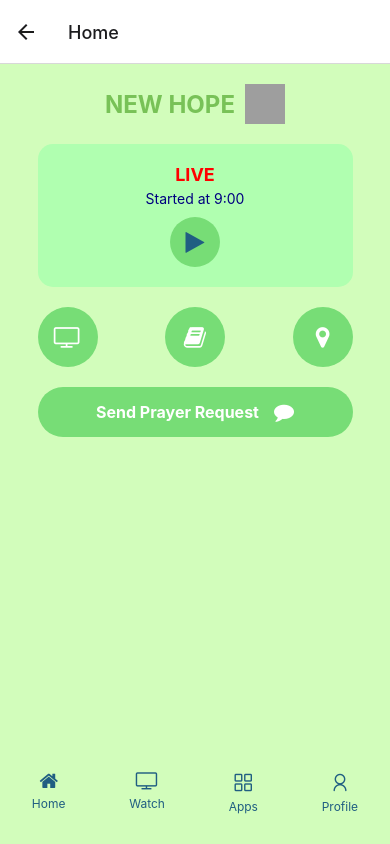
Repository: AbrahamM007/NewHopeChurchApp
Screen: /Home
These files come from the project's save history. The screen is drawn as it stood at one moment and after a run of saves; the edit follows.
Pictures or frames that could not be fetched are drawn as grey boxes. The app was drawn by React Native's web renderer in a window 390 px wide. The project was rebuilt for these pictures with package versions that can differ from the ones it lists, and the page was loaded fresh each time. Some packages were replaced by stand-ins written for this rebuild. Also part of the build but not shown: screens/SignUpScreen.js.

Above is the screen before, as saved 2024-10-21 17:11:29.

### App.js
// App.js
import 'react-native-gesture-handler';
import React from 'react';
import { NavigationContainer } from '@react-navigation/native';
import { createStackNavigator } from '@react-navigation/stack';
import LoginScreen from './screens/LoginScreen';
import SignUpScreen from './screens/SignUpScreen';
import HomeScreen from './screens/HomeScreen';

const Stack = createStackNavigator();

function App() {
  return (
    <NavigationContainer>
      <Stack.Navigator initialRouteName="Login">
        <Stack.Screen name="Login" component={LoginScreen} />
        <Stack.Screen name="SignUp" component={SignUpScreen} />
        <Stack.Screen name="Home" component={HomeScreen} />
      </Stack.Navigator>
    </NavigationContainer>
  );
}

export default App;

### screens/LoginScreen.js
// screens/LoginScreen.js
import React, { useState } from 'react';
import { View, Text, TextInput, TouchableOpacity, StyleSheet, Alert } from 'react-native';
import { useNavigation } from '@react-navigation/native'; // Import navigation hook

const LoginScreen = () => {
  const [email, setEmail] = useState('');
  const [password, setPassword] = useState('');
  const navigation = useNavigation(); // Use the navigation hook

  // Function to handle login
  const handleLogin = () => {
    fetch('http://localhost:3000/api/login', {
      method: 'POST',
      headers: { 'Content-Type': 'application/json' },
      body: JSON.stringify({ email, password }),
    })
      .then((response) => response.json())
      .then((data) => {
        if (data.message === 'Login successful') {
          Alert.alert('Login successful');
          // Navigate to the Home screen
          navigation.navigate('Home');
        } else {
          Alert.alert(data.message);
        }
      })
      .catch((error) => {
        console.error('Error:', error);
        Alert.alert('An error occurred. Please try again.');
      });
  };

  // Function to handle registration
  const handleRegister = () => {
    fetch('http://localhost:3000/api/register', {
      method: 'POST',
      headers: { 'Content-Type': 'application/json' },
      body: JSON.stringify({ email, password }),
    })
      .then((response) => response.json())
      .then((data) => {
        if (data.message === 'User registered successfully') {
          Alert.alert('Registration successful, please log in');
        } else {
          Alert.alert(data.message);
        }
      })
      .catch((error) => {
        console.error('Error:', error);
        Alert.alert('An error occurred. Please try again.');
      });
  };

  return (
    <View style={styles.container}>
      <TextInput
        style={styles.input}
        placeholder="Enter email"
        placeholderTextColor="#888"
        value={email}
        onChangeText={(text) => setEmail(text)}
      />
      <TextInput
        style={styles.input}
        placeholder="Password"
        placeholderTextColor="#888"
        secureTextEntry
        value={password}
        onChangeText={(text) => setPassword(text)}
      />
      <TouchableOpacity style={styles.loginButton} onPress={handleLogin}>
        <Text style={styles.loginButtonText}>Log In</Text>
      </TouchableOpacity>
      <TouchableOpacity style={styles.registerButton} onPress={handleRegister}>
        <Text style={styles.registerButtonText}>Don't have an account? Register</Text>
      </TouchableOpacity>
    </View>
  );
};

const styles = StyleSheet.create({
  container: {
    flex: 1,
    justifyContent: 'center',
    padding: 16,
    backgroundColor: '#dff0c2',
  },
  input: {
    borderWidth: 1,
    borderColor: '#ccc',
    borderRadius: 5,
    padding: 10,
    marginBottom: 15,
    color: '#333',
  },
  loginButton: {
    backgroundColor: '#4CAF50',
    padding: 15,
    borderRadius: 10,
    alignItems: 'center',
    marginBottom: 15,
  },
  loginButtonText: {
    color: '#fff',
    fontWeight: 'bold',
  },
  registerButton: {
    alignItems: 'center',
    marginTop: 10,
  },
  registerButtonText: {
    color: '#1e90ff',
  },
});

export default LoginScreen;

### screens/HomeScreen.js
// screens/HomeScreen.js
import React from 'react';
import { View, Text, TouchableOpacity, StyleSheet, Image } from 'react-native';
import FontAwesome from 'react-native-vector-icons/FontAwesome';
import AntDesign from 'react-native-vector-icons/AntDesign';
import { useNavigation } from '@react-navigation/native';

const HomeScreen = () => {
  const navigation = useNavigation();

  return (
    <View style={styles.container}>
      {/* Header */}
      <View style={styles.header}>
        <Text style={styles.headerText}>NEW HOPE</Text>
        <Image
          source={{ uri: 'https://your-logo-url.com' }} // Replace with your logo URL
          style={styles.logo}
        />
      </View>

      {/* Live Stream Card */}
      <View style={styles.liveCard}>
        <Text style={styles.liveText}>LIVE</Text>
        <Text style={styles.startTimeText}>Started at 9:00</Text>
        <TouchableOpacity style={styles.playButton}>
          <FontAwesome name="play" size={24} color="#205E82" />
        </TouchableOpacity>
      </View>

      {/* Icon Buttons */}
      <View style={styles.iconButtonsContainer}>
        <TouchableOpacity style={styles.iconButton}>
          <FontAwesome name="television" size={24} color="#fff" />
        </TouchableOpacity>
        <TouchableOpacity style={styles.iconButton}>
          <FontAwesome name="book" size={24} color="#fff" />
        </TouchableOpacity>
        <TouchableOpacity style={styles.iconButton}>
          <FontAwesome name="map-marker" size={24} color="#fff" />
        </TouchableOpacity>
      </View>

      {/* Prayer Request Button */}
      <TouchableOpacity style={styles.prayerButton}>
        <Text style={styles.prayerButtonText}>Send Prayer Request</Text>
        <FontAwesome name="comment" size={20} color="#fff" style={styles.commentIcon} />
      </TouchableOpacity>

      {/* Bottom Navigation */}
      <View style={styles.bottomNavigation}>
        <TouchableOpacity style={styles.navItem}>
          <FontAwesome name="home" size={20} color="#205E82" />
          <Text style={styles.navText}>Home</Text>
        </TouchableOpacity>
        <TouchableOpacity style={styles.navItem}>
          <FontAwesome name="tv" size={20} color="#205E82" />
          <Text style={styles.navText}>Watch</Text>
        </TouchableOpacity>
        <TouchableOpacity style={styles.navItem}>
          <AntDesign name="appstore-o" size={20} color="#205E82" />
          <Text style={styles.navText}>Apps</Text>
        </TouchableOpacity>
        <TouchableOpacity style={styles.navItem}>
          <AntDesign name="user" size={20} color="#205E82" />
          <Text style={styles.navText}>Profile</Text>
        </TouchableOpacity>
      </View>
    </View>
  );
};

const styles = StyleSheet.create({
  container: {
    flex: 1,
    backgroundColor: '#D2FDBB',
    paddingHorizontal: 20,
    alignItems: 'center',
  },
  header: {
    flexDirection: 'row',
    alignItems: 'center',
    marginVertical: 20,
  },
  headerText: {
    fontSize: 24,
    fontWeight: 'bold',
    color: '#78C257',
    flex: 1,
    textAlign: 'center',
  },
  logo: {
    width: 40,
    height: 40,
    marginLeft: 10,
  },
  liveCard: {
    backgroundColor: '#B0FFB0',
    width: '90%',
    borderRadius: 15,
    padding: 20,
    marginBottom: 20,
    alignItems: 'center',
  },
  liveText: {
    color: 'red',
    fontWeight: 'bold',
    fontSize: 18,
  },
  startTimeText: {
    color: '#000080',
    marginTop: 5,
  },
  playButton: {
    marginTop: 10,
    backgroundColor: '#77DD76',
    borderRadius: 25,
    width: 50,
    height: 50,
    alignItems: 'center',
    justifyContent: 'center',
  },
  iconButtonsContainer: {
    flexDirection: 'row',
    justifyContent: 'space-between',
    width: '90%',
    marginBottom: 20,
  },
  iconButton: {
    backgroundColor: '#77DD76',
    borderRadius: 50,
    width: 60,
    height: 60,
    alignItems: 'center',
    justifyContent: 'center',
  },
  prayerButton: {
    backgroundColor: '#77DD76',
    padding: 15,
    borderRadius: 25,
    marginBottom: 20,
    width: '90%',
    alignItems: 'center',
    flexDirection: 'row',
    justifyContent: 'center',
  },
  prayerButtonText: {
    color: '#fff',
    fontSize: 16,
    fontWeight: 'bold',
    marginRight: 10,
  },
  commentIcon: {
    marginLeft: 5,
  },
  bottomNavigation: {
    flexDirection: 'row',
    justifyContent: 'space-around',
    backgroundColor: '#D2FDBB',
    width: '100%',
    paddingVertical: 10,
    position: 'absolute',
    bottom: 20,
  },
  navItem: {
    alignItems: 'center',
  },
  navText: {
    fontSize: 12,
    color: '#205E82',
    marginTop: 5,
  },
});

export default HomeScreen;

Loaded but not shown: index.js (common file)

After the next 3 saves:
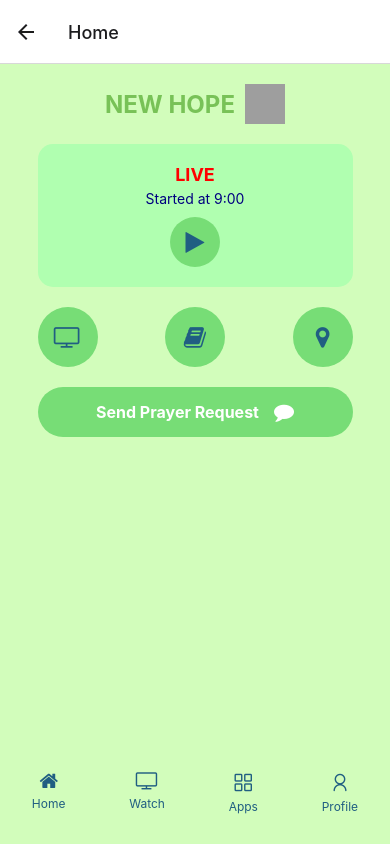
The 3 saves are shown as one change because they came seconds apart.
The last was saved 8 s later.
--- a/screens/HomeScreen.js
+++ b/screens/HomeScreen.js
@@ -31,13 +31,13 @@ const HomeScreen = () => {
       {/* Icon Buttons */}
       <View style={styles.iconButtonsContainer}>
         <TouchableOpacity style={styles.iconButton}>
-          <FontAwesome name="television" size={24} color="#fff" />
+          <FontAwesome name="television" size={24} color="#205E82" />
         </TouchableOpacity>
         <TouchableOpacity style={styles.iconButton}>
-          <FontAwesome name="book" size={24} color="#fff" />
+          <FontAwesome name="book" size={24} color="#205E82" />
         </TouchableOpacity>
         <TouchableOpacity style={styles.iconButton}>
-          <FontAwesome name="map-marker" size={24} color="#fff" />
+          <FontAwesome name="map-marker" size={24} color="#205E82" />
         </TouchableOpacity>
       </View>
 
